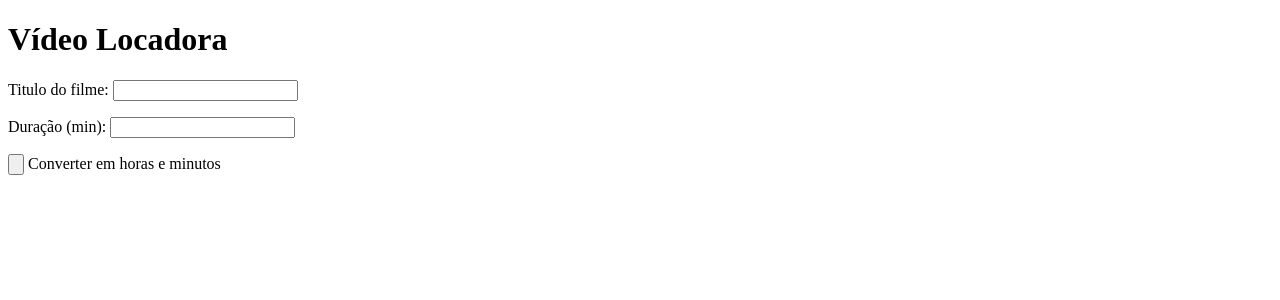
Repository: JhonMercedes/Javascript-book
Page: cap2/ex2_2.html
An editor plug-in stored every save of this project. The page is shown before and after the next save, followed by the edit.
The browser window is 1280 px wide. The pictures show the whole page.

Above is the page before, as saved 2021-12-02 18:39:32.

After the next save:
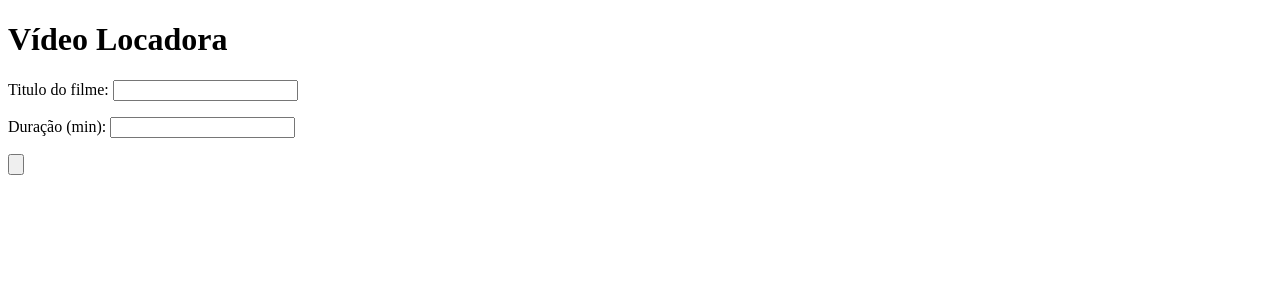
Saved 18 s later.
--- a/cap2/ex2_2.html
+++ b/cap2/ex2_2.html
@@ -15,6 +15,6 @@
         <input type="number" id="minutos">
     </p>
 
-    <input type="button" id="converter"> Converter em horas e minutos
+    <input type="button" id="converter" placeholder="kkkkkkkkkkkk">
 </body>
 </html>
